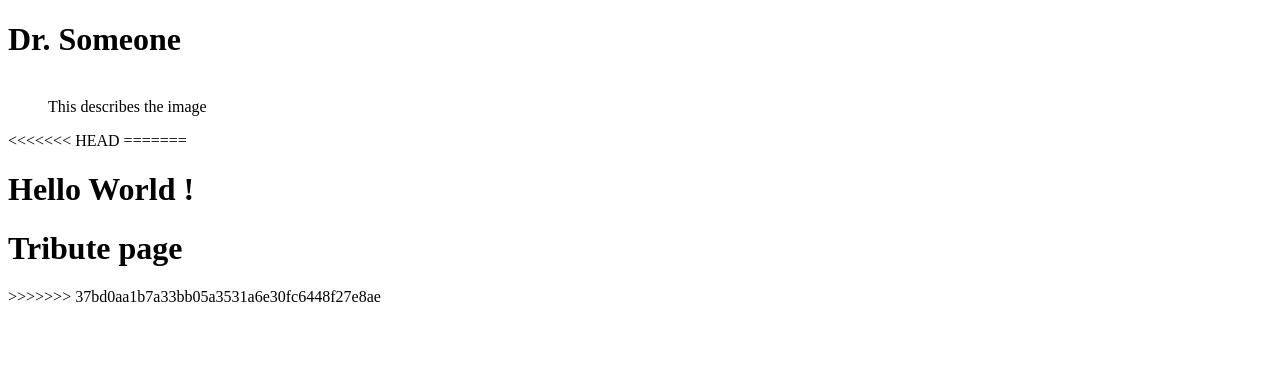
Repository: raphael-stefan/microverse-trieals-ibifuro-raphael
Page: index.html
An editor plug-in stored every save of this project. The page is shown before and after the next save, followed by the edit.
The browser window is 1280 px wide. The pictures show the whole page.

Above is the page before, as saved 2021-02-10 19:50:22.

After the next save:
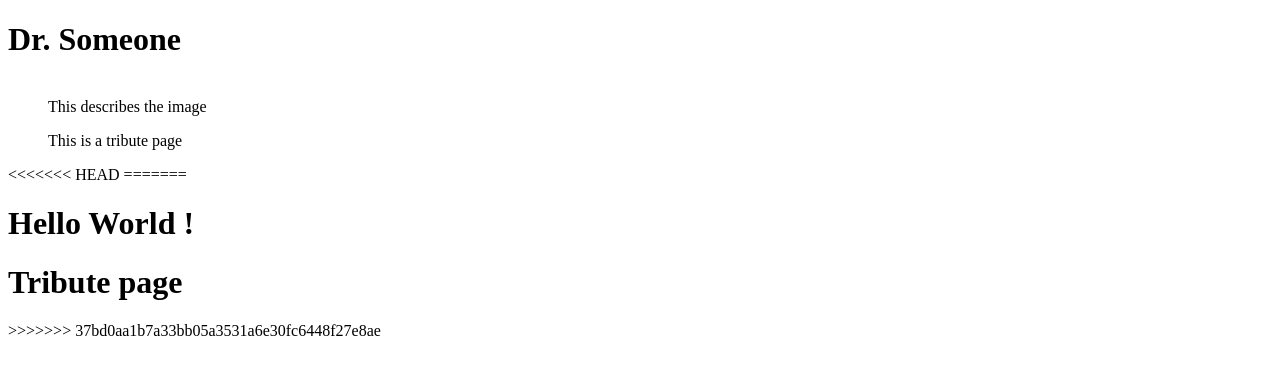
Saved 32 s later.
--- a/index.html
+++ b/index.html
@@ -13,6 +13,7 @@
     <figure id="img-div">
       <img src="" alt="" id="image"/>
         <div id="img-caption"> This describes the image</div>
+        <p>This is a tribute page</p>
 
     </div>
     </figure>
